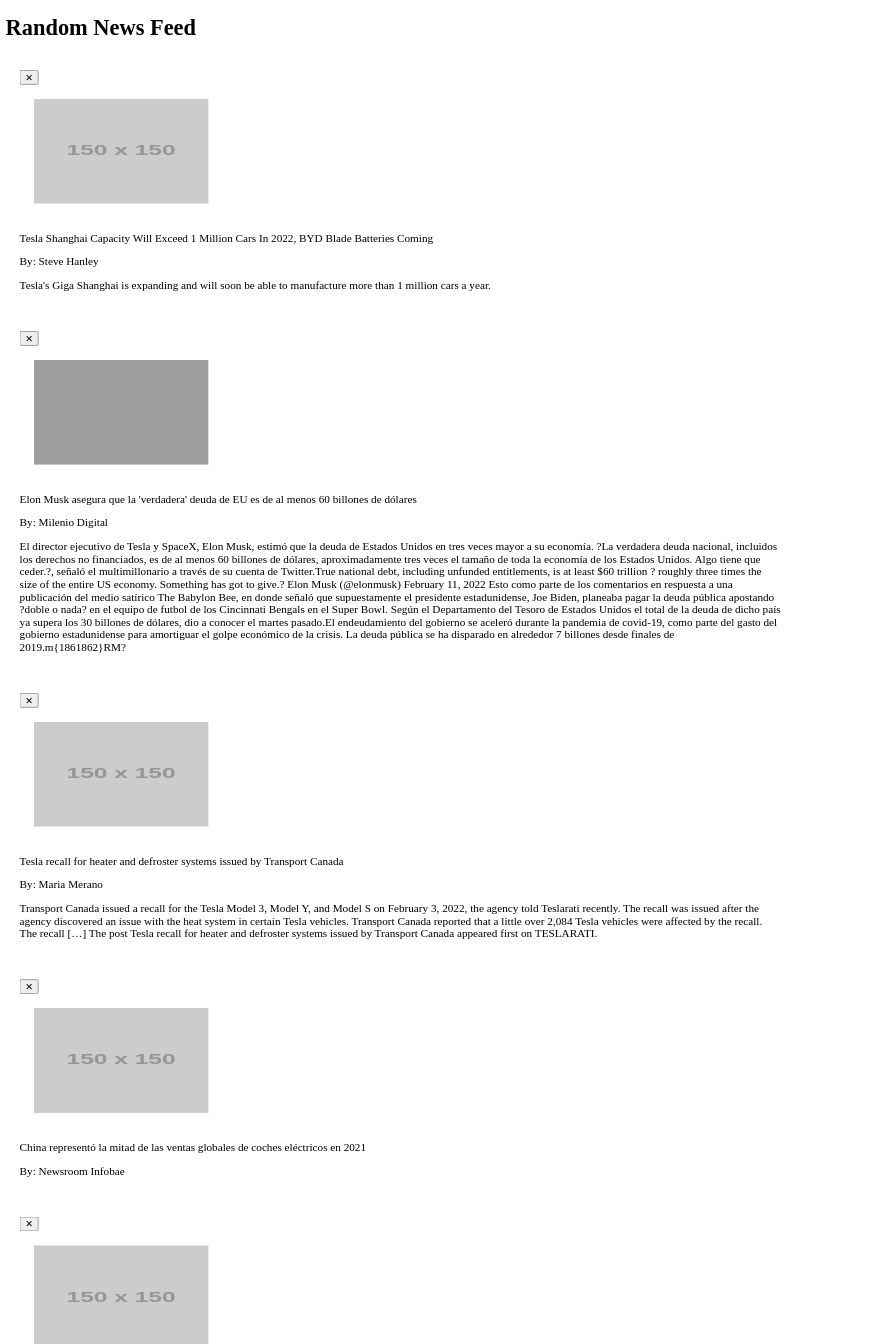
Repository: SandyLy453/comp3170-lab3
Page: /
The author's editor kept a copy of each file at every save. The page is drawn from the files as they stood at one save, then again after the next save.
The browser window is 1280 px wide. The pictures show the part of the page from y = 0 to 1920 px (the page is 28301 px tall before and 23333 px after), at 70% of full size.
Pictures or frames that could not be fetched are drawn as grey boxes. The project was rebuilt for these pictures with package versions that can differ from the ones it lists, and the page was loaded fresh each time. Also part of the build but not shown: vite.config.js.

Above is the page before, as saved 2024-09-28 16:50:24.

### index.html
<!doctype html>
<html lang="en">
  <head>
    <meta charset="UTF-8" />
    <link rel="icon" type="image/svg+xml" href="/vite.svg" />
    <meta name="viewport" content="width=device-width, initial-scale=1.0" />
    <title>Shop Mart</title>
  </head>
  <body>
    <div id="root"></div>
    <script type="module" src="/src/main.jsx"></script>
  </body>
</html>

### src/App.jsx
import Footer from "./components/Footer";
import NewsCard from "./components/NewsCard";
import sampleNewsStories from './sample_news_stories.json';

function App() {
  return (
    <>
      <main>
        <h1 className="title">Random News Feed</h1>

        {sampleNewsStories.results.map((a, index) => (
          <NewsCard
            key={index}
            title={a.title}
            author={a.creator ? a.creator.join(', ') : 'Unknown'}
            content={a.description}
            image={a.image_url || 'https://via.placeholder.com/150'}
          />
        ))}
      </main>

      <Footer/>
    </>
  );
}

export default App;

### src/index.css
@import url("https://fonts.googleapis.com/css2?family=Roboto:ital,wght@0,300;0,400;0,500;1,300;1,400;1,500&display=swap");

.App {
  font-family: Roboto;
  max-width: 70%;
  margin: auto;
}

@media screen and (max-width: 678px) {
  .App {
    max-width: 100%;
  }
}

input,
textarea {
  box-sizing: border-box;
  display: block;
  width: 100%;
  padding: 1em;
  border: none;
  border-radius: 2px;
  font-family: inherit;
  box-shadow: inset 3px 3px #555, inset -3px -3px #555, inset 4px 4px teal,
    inset -4px -4px teal, 1px 2px 0 #aeaeae;
}

fieldset {
  display: flex;
  flex-direction: column;
  gap: 1em;
  align-items: flex-end;
  margin: 1em 0;
  border-color: teal;
}

legend {
  box-sizing: border-box;
  background: teal;
  color: #fff;
  width: 100%;
  padding: 0.2rem 1em;
}

button.save {
  background: green;
  color: #fff;
  border: none;
  padding: 0.3rem 1em;
  border-radius: 2px;
  font-size: 1.2em;
  cursor: pointer;
}

.output {
  padding: 1em;
}

.footer {
  text-align: center;
  align-items: center;
  color: #737f64;
  font-family: "Space Grotesk", serif;
  font-optical-sizing: auto;
  font-weight: 400;
  font-style: normal;
  margin: 50px;
}

.container {
  width: 85vw;
  min-height: 200px;
  padding: 20px;
}

.photo {
  width: 250px;
  height: 150px;
  padding: 20px;
}

### src/components/Footer.jsx


export default function Footer () {
    return (
        <>
        <footer className="footer">
            <p className="creator">Sandy Ly</p>
            <p className="info">COMPT 3170 _ BCIT</p>
        </footer>
        </>
    )
}

### src/components/NewsCard.jsx
import XButton from "./XButton"
import { useState } from "react"

export default function NewsCard({title, author, content, image}) {

    const [isVisible, setIsVisible] = useState(true);

    // Function to handle closing the card
    const closeCard = () => {
        setIsVisible(false);
    };

    // If the card is not visible, don't render anything
    if (!isVisible) {
        return null;
    }

    return (
        <>
            <div className="container">
                <XButton onClick={closeCard}/>
                <div className="top">
                    <img src={image} alt="" className="photo" />
                    <div className="top-right">
                        <p className="title">{title}</p>
                        <p className="author">By: {author}</p>
                    </div>
                </div>
                <p>{content}</p>
            </div>
        </>
    )
}

### src/components/XButton.jsx


export default function XButton({ onClick }) {
    return (
        <button className="button" onClick={onClick} aria-label="Close">
            <span className="symbol">&#x2715;</span>
        </button>
    );
}

Loaded but not shown: src/main.jsx (common file); src/sample_news_stories.json (1743 lines, source omitted)

After the next save:
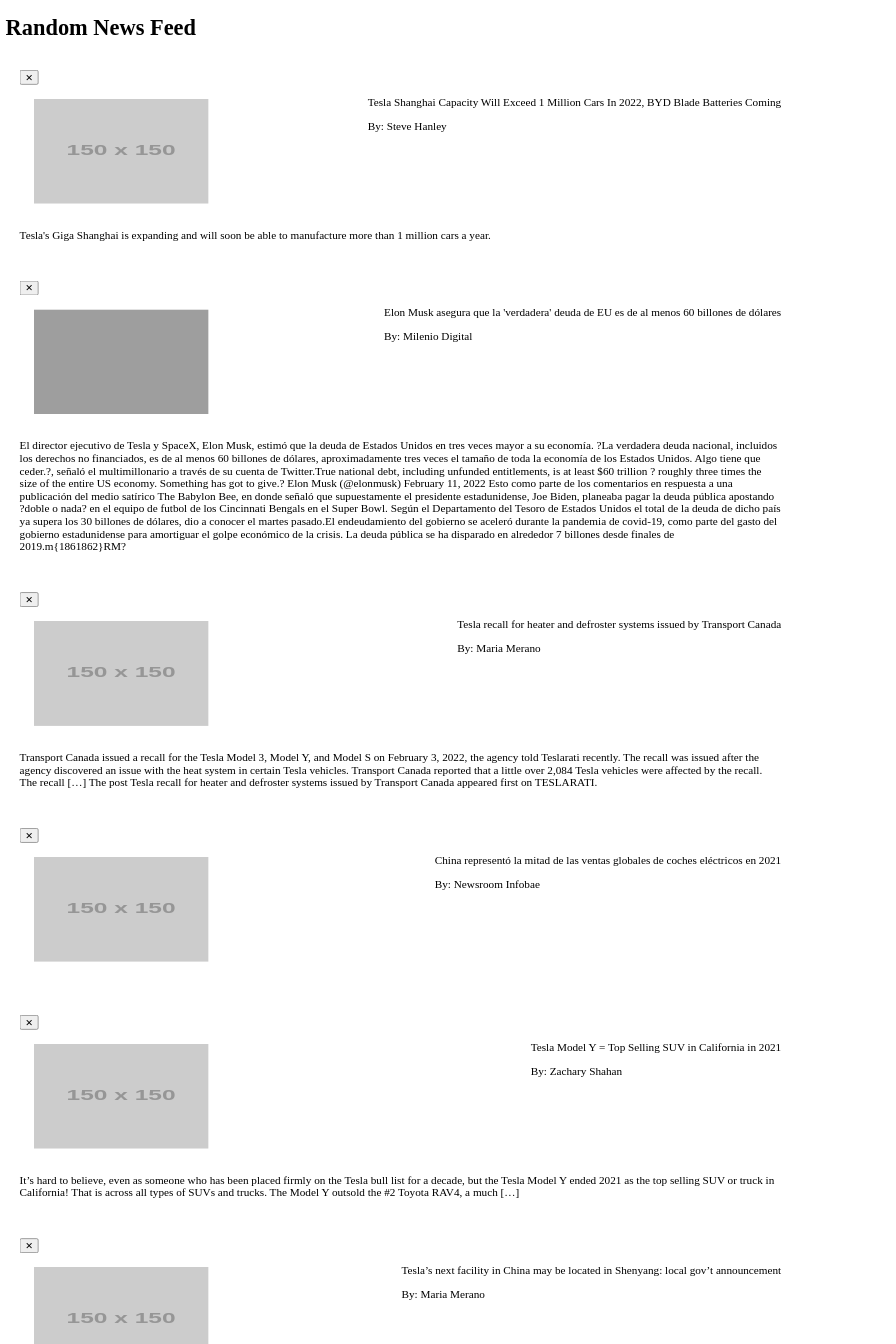
Saved 66 s later.
--- a/src/index.css
+++ b/src/index.css
@@ -73,6 +73,11 @@
   padding: 20px;
 }
 
+.top {
+  display: flex;
+  justify-content: space-between;
+}
+
 .photo {
   width: 250px;
   height: 150px;
